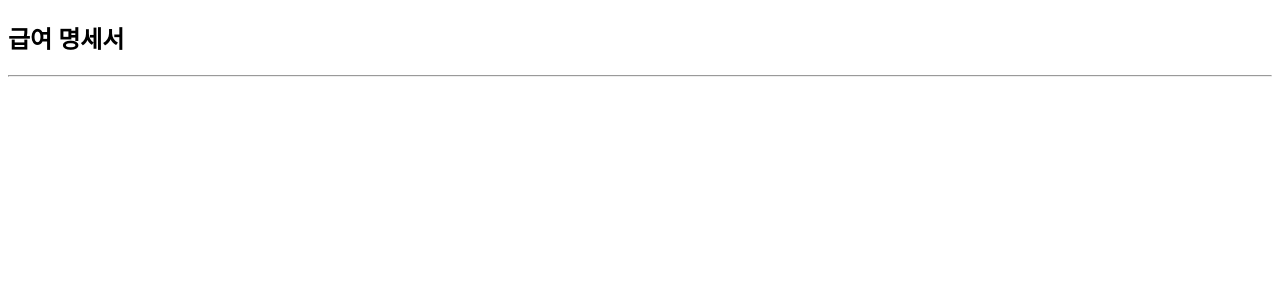
Repository: kz770/sts_test
Page: day0814/src/main/webapp/test.html
An editor plug-in stored every save of this project. The page is shown before and after the next save, followed by the edit.
The browser window is 1280 px wide. The pictures show the whole page.

Above is the page before, as saved 2024-08-14 01:27:43.

### day0814/src/main/webapp/test.html
<!DOCTYPE html>
<html>
<head>
<meta charset="UTF-8">
<title>Insert title here</title>
</head>
<body>
	<h2>급여 명세서</h2>
	<hr>
	<table></table>
</body>
</html>

After the next save:
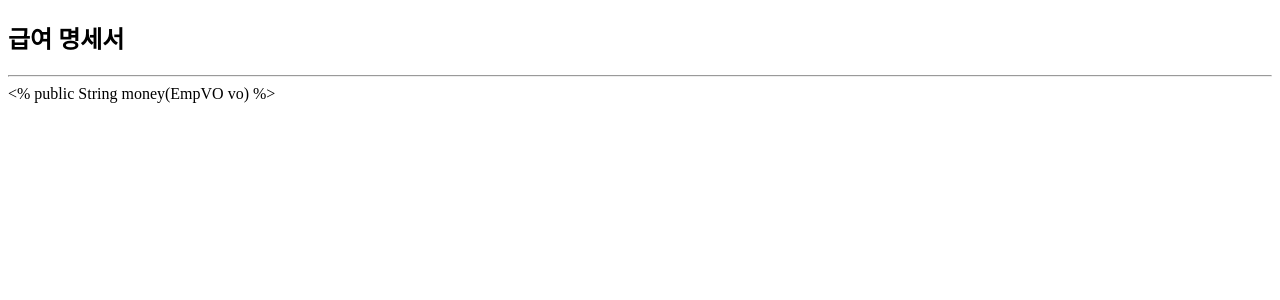
Saved 116 s later.
--- a/day0814/src/main/webapp/test.html
+++ b/day0814/src/main/webapp/test.html
@@ -7,6 +7,8 @@
 <body>
 	<h2>급여 명세서</h2>
 	<hr>
-	<table></table>
+	<%
+		public String money(EmpVO vo)
+	%>
 </body>
 </html>
